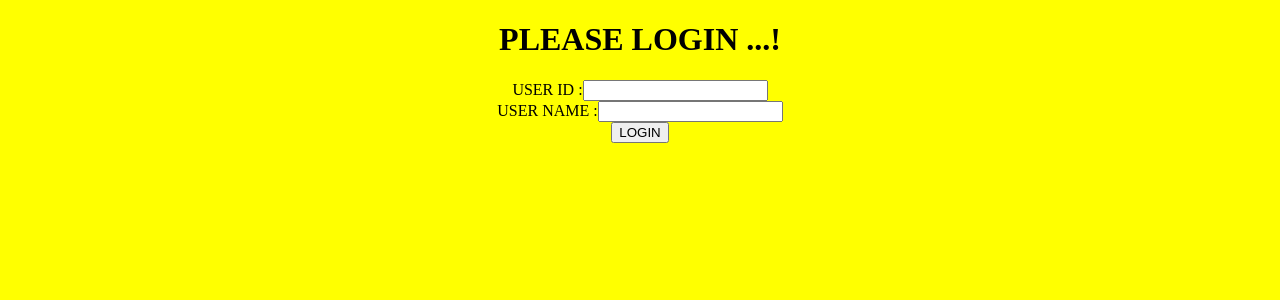
Repository: Thaneshwara848/E-Y
Page: Jdbc-Servlet-Jsp/Webemo5/src/main/webapp/LoginPage.html
These files come from the project's save history. The page is drawn as it stood at one moment and after the next save; the edit follows.
The browser window is 1280 px wide. The pictures show the whole page.

Above is the page before, as saved 2023-05-22 06:34:28.

After the next save:
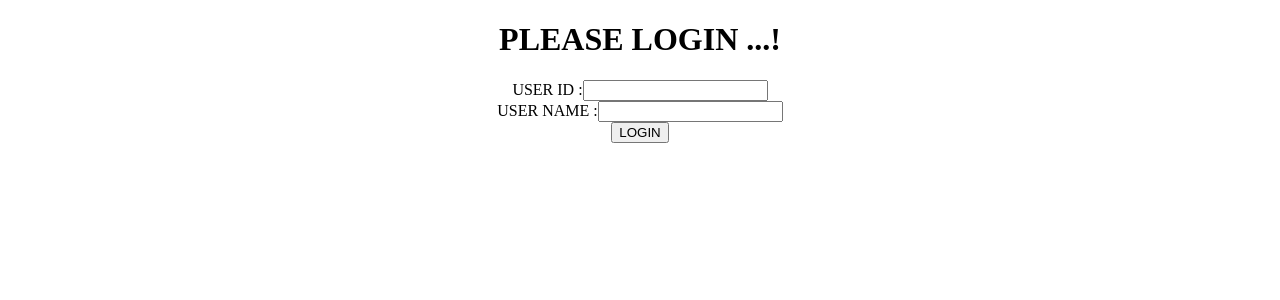
Saved 3 min 6 s later.
--- a/Jdbc-Servlet-Jsp/Webemo5/src/main/webapp/LoginPage.html
+++ b/Jdbc-Servlet-Jsp/Webemo5/src/main/webapp/LoginPage.html
@@ -4,7 +4,7 @@
 <meta charset="UTF-8">
 <title>Insert title here</title>
 </head>
-<body bgcolor="yellow">
+<body >
 <div style="text-align: center;">
 
 	<form action="Login" method="POST">
